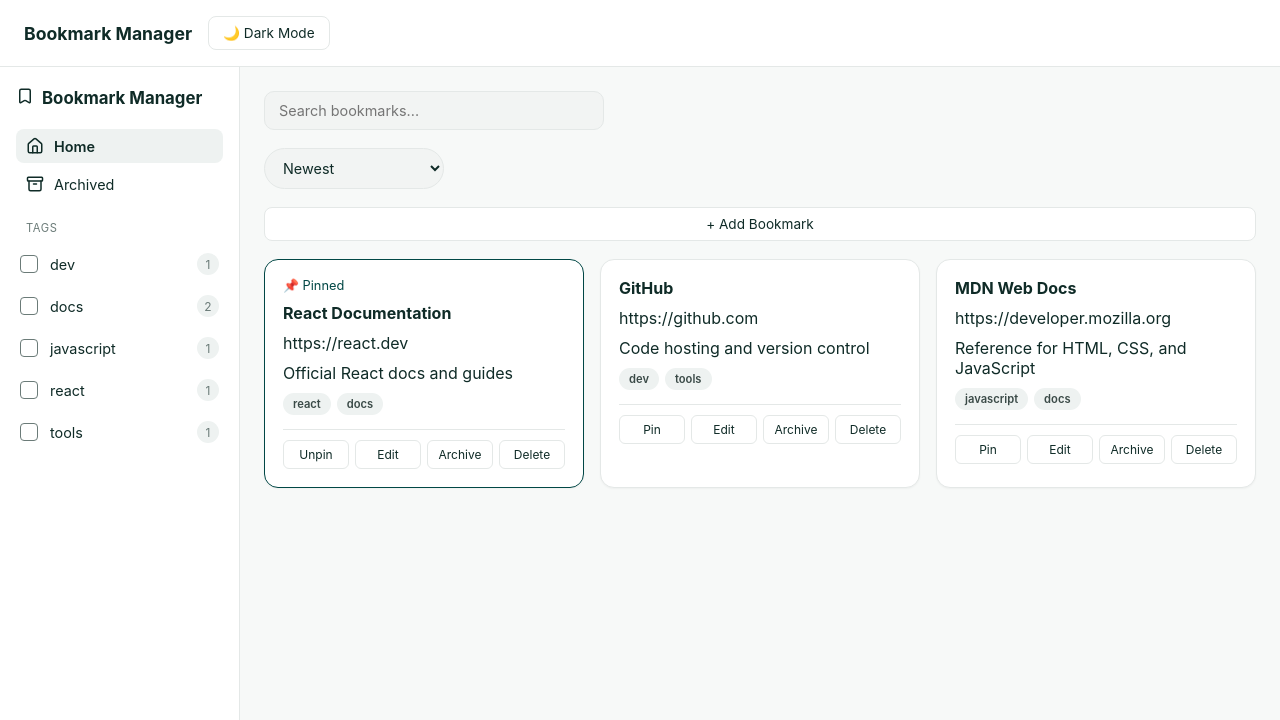
Repository: K0k1M4r/Big-Game-React
Page: /
These files come from the project's save history. The page is drawn as it stood at one moment and after the next save; the edit follows.
The browser window is 1280 px wide. The pictures show the whole page.
The project was rebuilt for these pictures with package versions that can differ from the ones it lists, and the page was loaded fresh each time. Also part of the build but not shown: vite.config.js, src/components/Modal.jsx, src/components/BookmarkForm.jsx.

Above is the page before, as saved 2026-09-23 02:31:35.

### index.html
<!doctype html>
<html lang="en">
  <head>
    <meta charset="UTF-8" />
    <link rel="icon" type="image/svg+xml" href="/favicon.svg" />
    <meta name="viewport" content="width=device-width, initial-scale=1.0" />
    <title>bookmark-manager</title>
  </head>
  <body>
    <div id="root"></div>
    <script type="module" src="/src/main.jsx"></script>
  </body>
</html>

### src/index.css
/* ===== Reset & Base ===== */
* {
  box-sizing: border-box;
  margin: 0;
  padding: 0;
}

body {
  font-family: -apple-system, BlinkMacSystemFont, "Segoe UI", Roboto, Helvetica, Arial, sans-serif;
  background-color: var(--bg-color);
  color: var(--text-color);
  transition: background-color 0.2s, color 0.2s;
}

/* ===== Theme Variables ===== */
:root[data-theme="light"] {
  --bg-color: #f7f9f8;
  --sidebar-bg: #ffffff;
  --header-bg: #ffffff;
  --card-bg: #ffffff;
  --input-bg: #f2f4f3;
  --text-color: #0f2b27;
  --muted-text: #6b7b78;
  --border-color: #e4e8e7;
  --tag-bg: #eef2f1;
  --tag-text: #3a4a47;
  --accent-color: #014745;
  --accent-hover: #026358;
  --error-color: #dc2626;
  --checkbox-border: #6b7b78;
  --nav-active-bg: #e8f0ee;
}

:root[data-theme="dark"] {
  --bg-color: #0c2622;
  --sidebar-bg: #001f1f;
  --header-bg: #0d2b27;
  --card-bg: #0f3430;
  --input-bg: #123833;
  --text-color: #f2f7f5;
  --muted-text: #9fb5b0;
  --border-color: #1c4d46;
  --tag-bg: #164039;
  --tag-text: #cfe6df;
  --accent-color: #1a6b62;
  --accent-hover: #218a7d;
  --error-color: #f87171;
  --checkbox-border: #5a7a74;
  --nav-active-bg: #0d3a35;
}

button {
  font-family: inherit;
  cursor: pointer;
  border: 1px solid var(--border-color);
  background-color: var(--card-bg);
  color: var(--text-color);
  border-radius: 8px;
  padding: 8px 14px;
  font-size: 0.85rem;
  transition: background-color 0.15s, border-color 0.15s;
}

button:hover {
  filter: brightness(0.96);
}

input:not([type="checkbox"]),
textarea,
select {
  font-family: inherit;
  font-size: 0.9rem;
  padding: 10px 14px;
  border: 1px solid var(--border-color);
  border-radius: 10px;
  background-color: var(--input-bg);
  color: var(--text-color);
  width: 100%;
}

input:focus,
textarea:focus,
select:focus {
  outline: none;
  border-color: var(--accent-color);
}

/* ===== App Layout ===== */
.app {
  min-height: 100vh;
  display: flex;
  flex-direction: column;
}

.app-body {
  display: flex;
  flex: 1;
}

/* ===== Sidebar ===== */
.sidebar {
  width: 240px;
  flex-shrink: 0;
  background-color: var(--sidebar-bg);
  border-right: 1px solid var(--border-color);
  padding: 20px 16px;
  display: flex;
  flex-direction: column;
  gap: 4px;
}

.sidebar-logo {
  font-weight: 700;
  font-size: 1.05rem;
  margin-bottom: 16px;
  display: flex;
  align-items: center;
  gap: 8px;
}

.sidebar button {
  border: none;
  background: transparent;
  text-align: left;
  width: 100%;
  padding: 8px 10px;
  border-radius: 8px;
  font-size: 0.9rem;
  color: var(--text-color);
}

.sidebar > button {
  display: flex;
  align-items: center;
  gap: 10px;
  border: none;
  background: transparent;
  text-align: left;
  width: 100%;
  padding: 8px 10px;
  border-radius: 8px;
  font-size: 0.9rem;
  color: var(--text-color);
}


.sidebar button.active {
  background-color: var(--tag-bg);
  font-weight: 600;
}

.sidebar-tags-label {
  font-size: 0.7rem;
  text-transform: uppercase;
  letter-spacing: 0.05em;
  color: var(--muted-text);
  margin: 16px 0 6px 10px;
}

.sidebar-tags {
  display: flex;
  flex-direction: column;
  gap: 4px;
}

.sidebar-tag {
  display: flex;
  align-items: center;
  gap: 12px;
  padding: 8px 4px;
  border-radius: 8px;
  cursor: pointer;
  font-size: 0.9rem;
}

.sidebar-tag:hover {
  background-color: var(--tag-bg);
}

.sidebar-tag input[type="checkbox"] {
  width: 18px;
  height: 18px;
  margin: 0;
  flex-shrink: 0;
  appearance: none;
  -webkit-appearance: none;
  border: 1.5px solid var(--checkbox-border);
  border-radius: 4px;
  background-color: transparent;
  cursor: pointer;
  position: relative;
}

.sidebar-tag input[type="checkbox"]:checked {
  background-color: var(--accent-color);
  border-color: var(--accent-color);
}

.sidebar-tag input[type="checkbox"]:checked::after {
  content: "";
  position: absolute;
  left: 5px;
  top: 1px;
  width: 5px;
  height: 10px;
  border: solid white;
  border-width: 0 2px 2px 0;
  transform: rotate(45deg);
}

.tag-name {
  flex: 1;
  color: var(--text-color);
}

.tag-count {
  margin-left: auto;
  min-width: 22px;
  height: 22px;
  display: flex;
  align-items: center;
  justify-content: center;
  font-size: 0.75rem;
  color: var(--muted-text);
  background-color: var(--tag-bg);
  border-radius: 999px;
  padding: 0 6px;
}

/* ===== Header ===== */
.app-header {
  display: flex;
  align-items: center;
  gap: 16px;
  background-color: var(--header-bg);
  border-bottom: 1px solid var(--border-color);
  padding: 16px 24px;
}

.app-header h1 {
  font-size: 1.1rem;
  white-space: nowrap;
}

.search-bar {
  max-width: 340px;
  border-radius: 999px;
}

.add-bookmark-btn {
  background-color: var(--accent-color);
  color: #ffffff;
  border: none;
  border-radius: 999px;
  padding: 10px 18px;
  font-weight: 600;
  white-space: nowrap;
}

.add-bookmark-btn:hover {
  background-color: var(--accent-hover);
}

/* ===== Main Content ===== */
.app-main {
  flex: 1;
  padding: 24px;
  display: flex;
  flex-direction: column;
  gap: 18px;
}

.filter-bar {
  display: flex;
  flex-wrap: wrap;
  gap: 8px;
}

.filter-bar button {
  border-radius: 999px;
  padding: 6px 14px;
  font-size: 0.8rem;
}

.filter-bar button.active {
  background-color: var(--accent-color);
  color: #ffffff;
  border-color: var(--accent-color);
}

.sort-select {
  max-width: 180px;
  border-radius: 999px;
}

/* ===== Bookmark List & Card ===== */
.bookmark-list {
  display: grid;
  grid-template-columns: repeat(auto-fill, minmax(270px, 1fr));
  gap: 16px;
}

.bookmark-card {
  position: relative;
  background-color: var(--card-bg);
  border: 1px solid var(--border-color);
  border-radius: 14px;
  padding: 18px;
  display: flex;
  flex-direction: column;
  gap: 10px;
  box-shadow: 0 1px 2px rgba(0, 0, 0, 0.04);
}

.bookmark-card.pinned {
  border-color: var(--accent-color);
}

.bookmark-card-top {
  display: flex;
  align-items: flex-start;
  justify-content: space-between;
  gap: 8px;
}

.bookmark-card h3 {
  font-size: 1rem;
  font-weight: 700;
}

.bookmark-domain {
  font-size: 0.75rem;
  color: var(--muted-text);
}

.bookmark-card .description {
  font-size: 0.85rem;
  color: var(--muted-text);
  line-height: 1.4;
}

.pin-badge {
  font-size: 0.8rem;
  color: var(--accent-color);
}

/* Tags */
.tag-list {
  display: flex;
  flex-wrap: wrap;
  gap: 6px;
  list-style: none;
}

.tag {
  background-color: var(--tag-bg);
  color: var(--tag-text);
  font-size: 0.7rem;
  font-weight: 600;
  padding: 4px 10px;
  border-radius: 999px;
}

/* Card actions row */
.card-actions {
  display: flex;
  flex-wrap: wrap;
  gap: 6px;
  margin-top: 4px;
  border-top: 1px solid var(--border-color);
  padding-top: 10px;
}

.card-actions button {
  flex: 1;
  min-width: 60px;
  font-size: 0.75rem;
  padding: 6px 8px;
  border-radius: 6px;
}

.archived-label {
  position: absolute;
  bottom: 14px;
  right: 14px;
  font-size: 0.7rem;
  color: var(--muted-text);
  font-style: italic;
}

/* ===== Empty / Loading States ===== */
.empty-state {
  text-align: center;
  color: var(--muted-text);
  padding: 60px 20px;
  font-size: 1rem;
}

/* ===== Modal ===== */
.modal-overlay {
  position: fixed;
  inset: 0;
  background-color: rgba(0, 0, 0, 0.5);
  display: flex;
  align-items: center;
  justify-content: center;
  z-index: 100;
  padding: 16px;
}

.modal-content {
  position: relative;
  background-color: var(--card-bg);
  border: 1px solid var(--border-color);
  border-radius: 16px;
  padding: 26px;
  width: 100%;
  max-width: 420px;
  max-height: 90vh;
  overflow-y: auto;
}

.modal-close {
  position: absolute;
  top: 12px;
  right: 12px;
  border: none;
  background: transparent;
  font-size: 1rem;
  padding: 4px 8px;
}

/* ===== Bookmark Form ===== */
.bookmark-form {
  display: flex;
  flex-direction: column;
  gap: 14px;
}

.form-field {
  display: flex;
  flex-direction: column;
  gap: 4px;
}

.form-field textarea {
  resize: vertical;
  min-height: 70px;
  border-radius: 10px;
}

.error {
  color: var(--error-color);
  font-size: 0.8rem;
}

.bookmark-form button[type="submit"] {
  background-color: var(--accent-color);
  color: #ffffff;
  border-color: var(--accent-color);
  padding: 10px;
  border-radius: 999px;
  font-weight: 600;
}

/* ===== Responsive ===== */
@media (max-width: 768px) {
  .app-body {
    flex-direction: column;
  }

  .sidebar {
    width: 100%;
    flex-direction: row;
    flex-wrap: wrap;
    overflow-x: auto;
    border-right: none;
    border-bottom: 1px solid var(--border-color);
    padding: 12px 16px;
  }

  .sidebar button {
    width: auto;
    white-space: nowrap;
  }

  .app-header {
    flex-wrap: wrap;
  }

  .app-main {
    padding: 16px;
  }

  .bookmark-list {
    grid-template-columns: 1fr;
  }

  .search-bar,
  .sort-select {
    max-width: 100%;
  }
}

### src/App.jsx
import { useState, useEffect } from "react";
import Header from "./components/Layout/Header";
import Sidebar from "./components/Layout/Sidebar";
import SearchBar from "./components/SearchBar";
import SortSelect from "./components/SortSelect";
import BookmarkList from "./components/BookmarkList";
import Modal from "./components/Modal";
import BookmarkForm from "./components/BookmarkForm";

function App() {
  const [bookmarks, setBookmarks] = useState([]);
  const [isLoading, setIsLoading] = useState(true);
  const [isModalOpen, setIsModalOpen] = useState(false);
  const [editingBookmark, setEditingBookmark] = useState(null);
  const [currentView, setCurrentView] = useState("all");
  const [searchTerm, setSearchTerm] = useState("");
  const [selectedTag, setSelectedTag] = useState("All");
  const [sortOption, setSortOption] = useState("newest");
  const [theme, setTheme] = useState(
    () => localStorage.getItem("theme") || "light"
  );

  // Initial load: localStorage first, fallback to bookmarks.json
  useEffect(() => {
    const stored = localStorage.getItem("bookmarks");

    if (stored) {
      setTimeout(() => {
        setBookmarks(JSON.parse(stored));
        setIsLoading(false);
      }, 800);
    } else {
      fetch("/data/bookmarks.json")
        .then((res) => res.json())
        .then((data) => {
          setTimeout(() => {
            setBookmarks(data);
            setIsLoading(false);
          }, 800);
        })
        .catch((err) => {
          console.error("Failed to load bookmarks:", err);
          setIsLoading(false);
        });
    }
  }, []);

  // Sync bookmarks to localStorage whenever they change (after initial load)
  useEffect(() => {
    if (!isLoading) {
      localStorage.setItem("bookmarks", JSON.stringify(bookmarks));
    }
  }, [bookmarks, isLoading]);

  // Sync theme to localStorage + apply to document
  useEffect(() => {
    localStorage.setItem("theme", theme);
    document.documentElement.setAttribute("data-theme", theme);
  }, [theme]);

  function toggleTheme() {
    setTheme((prev) => (prev === "light" ? "dark" : "light"));
  }

  function handleAddBookmark(newBookmark) {
    setBookmarks((prev) => [...prev, newBookmark]);
    closeModal();
  }

  function handleUpdateBookmark(updatedBookmark) {
    setBookmarks((prev) =>
      prev.map((b) => (b.id === updatedBookmark.id ? updatedBookmark : b))
    );
    closeModal();
  }

  function handleDeleteBookmark(id) {
    const confirmed = window.confirm("Delete this bookmark?");
    if (!confirmed) return;
    setBookmarks((prev) => prev.filter((b) => b.id !== id));
  }

  function handleTogglePin(id) {
    setBookmarks((prev) =>
      prev.map((b) => (b.id === id ? { ...b, pinned: !b.pinned } : b))
    );
  }

  function handleToggleArchive(id) {
    setBookmarks((prev) =>
      prev.map((b) => (b.id === id ? { ...b, archived: !b.archived } : b))
    );
  }

  function openAddModal() {
    setEditingBookmark(null);
    setIsModalOpen(true);
  }

  function openEditModal(bookmark) {
    setEditingBookmark(bookmark);
    setIsModalOpen(true);
  }

  function closeModal() {
    setIsModalOpen(false);
    setEditingBookmark(null);
  }

  const viewFiltered = bookmarks.filter((b) =>
    currentView === "archived" ? b.archived : !b.archived
  );

  const searchFiltered = viewFiltered.filter((b) => {
    const term = searchTerm.trim().toLowerCase();
    if (!term) return true;
    return (
      b.title.toLowerCase().includes(term) ||
      b.description.toLowerCase().includes(term)
    );
  });

  const tagFiltered = searchFiltered.filter((b) =>
    selectedTag === "All" ? true : b.tags.includes(selectedTag)
  );

  const sorted = [...tagFiltered].sort((a, b) => {
    if (a.pinned !== b.pinned) return a.pinned ? -1 : 1;

    switch (sortOption) {
      case "newest":
        return new Date(b.createdAt) - new Date(a.createdAt);
      case "oldest":
        return new Date(a.createdAt) - new Date(b.createdAt);
      case "az":
        return a.title.localeCompare(b.title);
      case "za":
        return b.title.localeCompare(a.title);
      default:
        return 0;
    }
  });

  // Tag counts based on the current view (all vs archived)
  const tagCounts = {};
  viewFiltered.forEach((b) => {
    b.tags.forEach((tag) => {
      tagCounts[tag] = (tagCounts[tag] || 0) + 1;
    });
  });
  const tagsWithCounts = Object.keys(tagCounts)
    .sort()
    .map((name) => ({ name, count: tagCounts[name] }));

  const visibleBookmarks = sorted;

  return (
    <div className="app">
      <Header theme={theme} onToggleTheme={toggleTheme} />
      <div className="app-body">
        <Sidebar
          currentView={currentView}
          onChangeView={setCurrentView}
          tags={tagsWithCounts}
          selectedTag={selectedTag}
          onSelectTag={setSelectedTag}
        />
        <main className="app-main">
          <SearchBar searchTerm={searchTerm} onSearchChange={setSearchTerm} />
          <SortSelect sortOption={sortOption} onSortChange={setSortOption} />
          <button onClick={openAddModal}>+ Add Bookmark</button>

          {isLoading ? (
            <p>Loading bookmarks...</p>
          ) : (
            <BookmarkList
              bookmarks={visibleBookmarks}
              onEdit={openEditModal}
              onDelete={handleDeleteBookmark}
              onTogglePin={handleTogglePin}
              onToggleArchive={handleToggleArchive}
              currentView={currentView}
              searchTerm={searchTerm}
            />
          )}
        </main>
      </div>

      {isModalOpen && (
        <Modal onClose={closeModal}>
          <BookmarkForm
            key={editingBookmark ? editingBookmark.id : "new"}
            initialData={editingBookmark}
            onSave={editingBookmark ? handleUpdateBookmark : handleAddBookmark}
          />
        </Modal>
      )}
    </div>
  );
}

export default App;

### src/components/Layout/Header.jsx
function Header({ theme, onToggleTheme }) {
  return (
    <header className="app-header">
      <h1>Bookmark Manager</h1>
      <button onClick={onToggleTheme}>
        {theme === "light" ? "🌙 Dark Mode" : "☀️ Light Mode"}
      </button>
    </header>
  );
}

export default Header;

### src/components/Layout/Sidebar.jsx
import { Bookmark, Home, Archive } from "lucide-react";

function Sidebar({ currentView, onChangeView, tags, selectedTag, onSelectTag }) {
  return (
    <nav className="sidebar">
      <div className="sidebar-logo">
        <span className="logo-icon"><Bookmark size={18} /></span>
        Bookmark Manager
      </div>

      <button
        className={currentView === "all" ? "active" : ""}
        onClick={() => onChangeView("all")}
      >
        <Home size={18} /> Home
      </button>
      <button
        className={currentView === "archived" ? "active" : ""}
        onClick={() => onChangeView("archived")}
      >
        <Archive size={18} /> Archived
      </button>

      <p className="sidebar-tags-label">Tags</p>

      <div className="sidebar-tags">
        {tags.map(({ name, count }) => (
          <label key={name} className="sidebar-tag">
            <input
              type="checkbox"
              checked={selectedTag === name}
              onChange={() =>
                onSelectTag(selectedTag === name ? "All" : name)
              }
            />
            <span className="tag-name">{name}</span>
            <span className="tag-count">{count}</span>
          </label>
        ))}
      </div>
    </nav>
  );
}

export default Sidebar;

### src/components/SearchBar.jsx
function SearchBar({ searchTerm, onSearchChange }) {
  return (
    <input
      type="text"
      placeholder="Search bookmarks..."
      className="search-bar"
      value={searchTerm}
      onChange={(e) => onSearchChange(e.target.value)}
    />
  );
}

export default SearchBar;

### src/components/SortSelect.jsx
function SortSelect({ sortOption, onSortChange }) {
  return (
    <select
      className="sort-select"
      value={sortOption}
      onChange={(e) => onSortChange(e.target.value)}
    >
      <option value="newest">Newest</option>
      <option value="oldest">Oldest</option>
      <option value="az">A-Z</option>
      <option value="za">Z-A</option>
    </select>
  );
}

export default SortSelect;

### src/components/BookmarkList.jsx
import BookmarkCard from "./BookmarkCard";

function BookmarkList({ bookmarks, onEdit, onDelete, onTogglePin, onToggleArchive, currentView, searchTerm }) {
  if (bookmarks.length === 0) {
    let message = "No bookmarks yet. Add one to get started!";

    if (searchTerm.trim()) {
      message = `No bookmarks match "${searchTerm}".`;
    } else if (currentView === "archived") {
      message = "No archived bookmarks.";
    }

    return <p className="empty-state">{message}</p>;
  }

  return (
    <div className="bookmark-list">
      {bookmarks.map((bookmark) => (
        <BookmarkCard
          key={bookmark.id}
          bookmark={bookmark}
          onEdit={onEdit}
          onDelete={onDelete}
          onTogglePin={onTogglePin}
          onToggleArchive={onToggleArchive}
        />
      ))}
    </div>
  );
}

export default BookmarkList;

### src/components/BookmarkCard.jsx
import TagList from "./TagList";

function BookmarkCard({ bookmark, onEdit, onDelete, onTogglePin, onToggleArchive }) {
  return (
    <div className={`bookmark-card ${bookmark.pinned ? "pinned" : ""}`}>
      {bookmark.pinned && <span className="pin-badge">📌 Pinned</span>}
      <h3>{bookmark.title}</h3>
      <p>{bookmark.url}</p>
      <p>{bookmark.description}</p>
      <TagList tags={bookmark.tags} />
      <div className="card-actions">
        <button onClick={() => onTogglePin(bookmark.id)}>
          {bookmark.pinned ? "Unpin" : "Pin"}
        </button>
        <button onClick={() => onEdit(bookmark)}>Edit</button>
        <button onClick={() => onToggleArchive(bookmark.id)}>
          {bookmark.archived ? "Restore" : "Archive"}
        </button>
        <button onClick={() => onDelete(bookmark.id)}>Delete</button>
      </div>
    </div>
  );
}

export default BookmarkCard;

### src/components/TagList.jsx
function TagList({ tags }) {
  return (
    <ul className="tag-list">
      {tags.map((tag) => (
        <li key={tag} className="tag">{tag}</li>
      ))}
    </ul>
  );
}

export default TagList

### public/data/bookmarks.json
[
  {
    "id": "1",
    "title": "React Documentation",
    "url": "https://react.dev",
    "description": "Official React docs and guides",
    "tags": ["react", "docs"],
    "pinned": true,
    "archived": false,
    "favorite": false,
    "createdAt": "2026-01-10T10:00:00.000Z"
  },
  {
    "id": "2",
    "title": "MDN Web Docs",
    "url": "https://developer.mozilla.org",
    "description": "Reference for HTML, CSS, and JavaScript",
    "tags": ["javascript", "docs"],
    "pinned": false,
    "archived": false,
    "favorite": false,
    "createdAt": "2026-01-12T14:30:00.000Z"
  },
  {
    "id": "3",
    "title": "Old Design Inspiration",
    "url": "https://dribbble.com",
    "description": "UI inspiration site",
    "tags": ["design"],
    "pinned": false,
    "archived": true,
    "favorite": false,
    "createdAt": "2026-01-05T09:15:00.000Z"
  },
  {
    "id": "4",
    "title": "GitHub",
    "url": "https://github.com",
    "description": "Code hosting and version control",
    "tags": ["dev", "tools"],
    "pinned": false,
    "archived": false,
    "favorite": true,
    "createdAt": "2026-01-15T08:00:00.000Z"
  }
]

Loaded but not shown: src/main.jsx (common file)

After the next save:
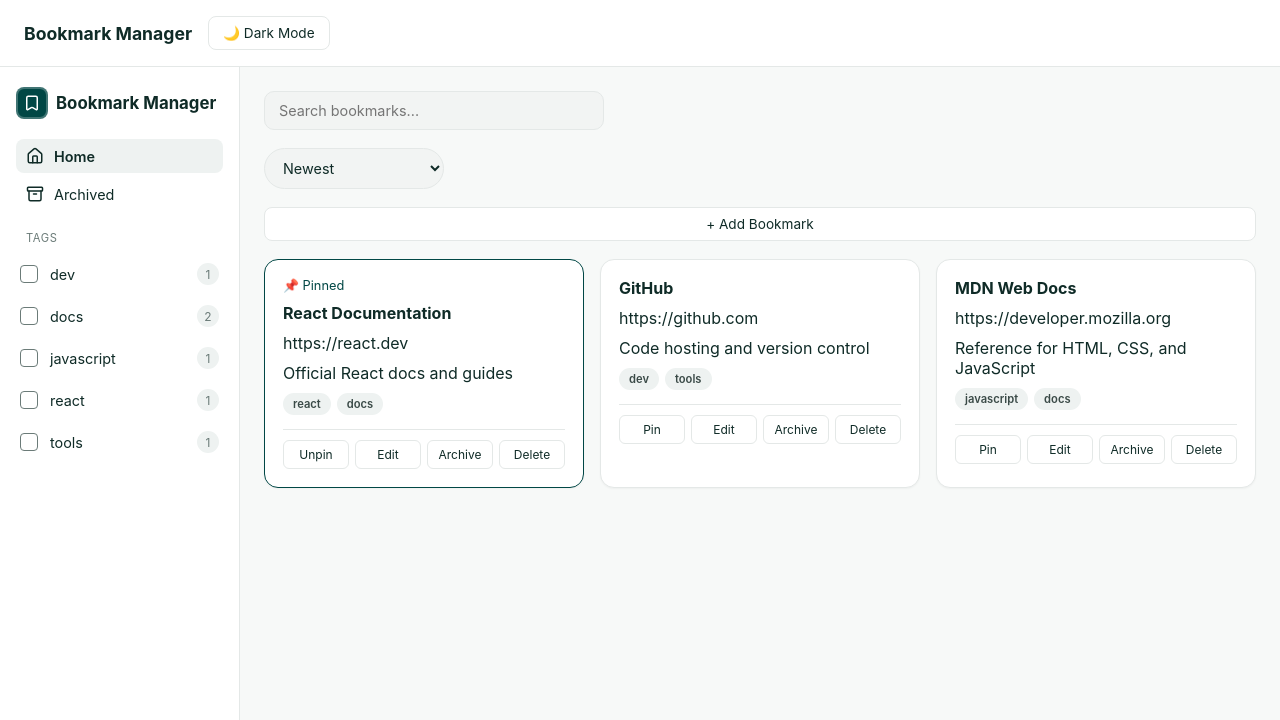
Saved 80 s later.
--- a/src/index.css
+++ b/src/index.css
@@ -97,6 +97,20 @@
   flex: 1;
 }
 
+.logo-icon {
+  display: inline-flex;
+  align-items: center;
+  justify-content: center;
+  width: 32px;
+  height: 32px;
+  background-color: var(--accent-color);
+  border: 2px solid rgba(255, 255, 255, 0.25);
+  border-radius: 8px;
+  color: #ffffff;
+}
+
+
+
 /* ===== Sidebar ===== */
 .sidebar {
   width: 240px;
